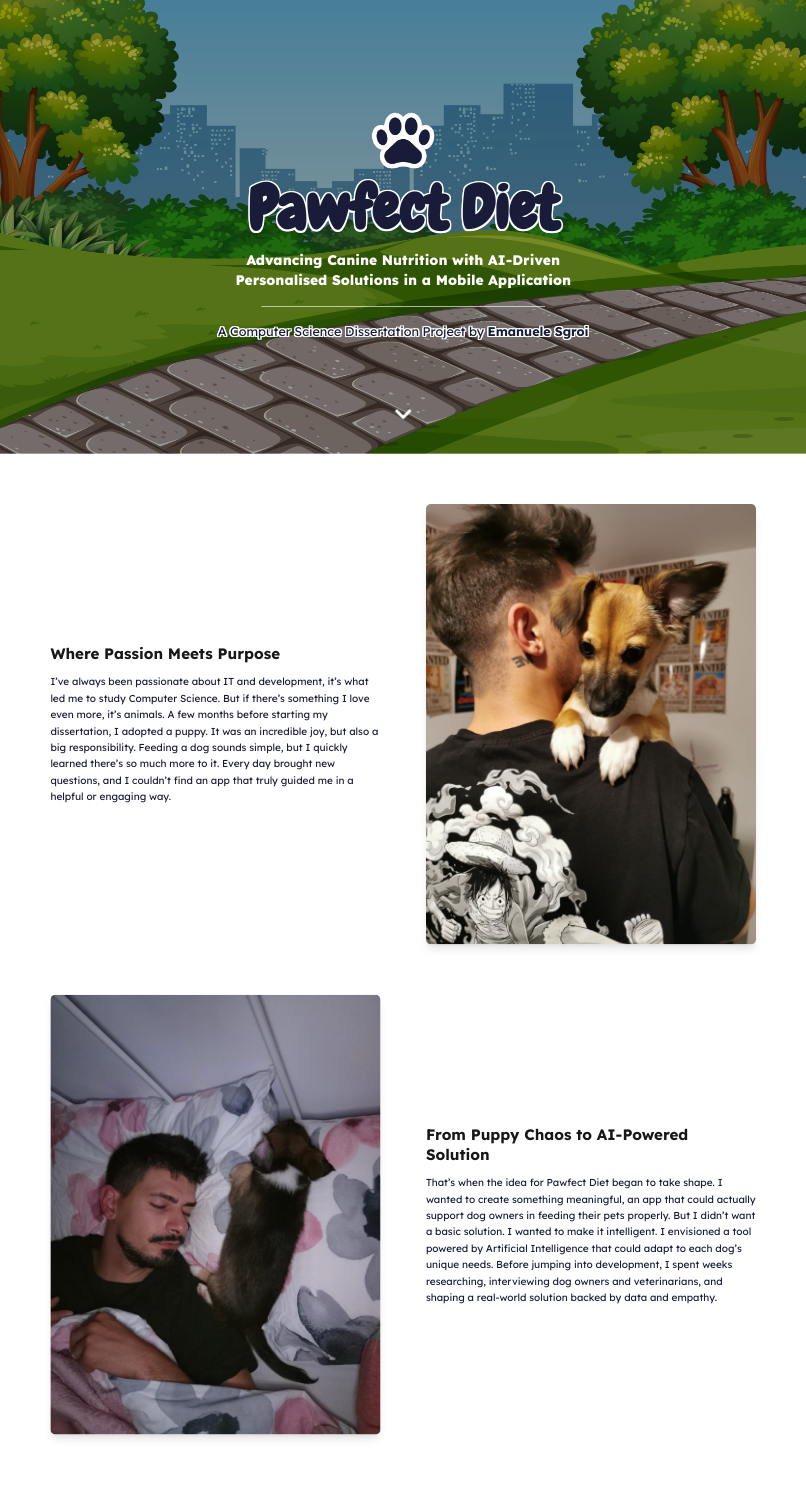
Repository: Emanuele-Sgroi/Pawfect-Diet-App-Showcase
Page: /
An editor plug-in stored every save of this project. The page is shown before and after the next save, followed by the edit.
The browser window is 1280 px wide. The pictures show the whole page, at 63% of full size.
The project was rebuilt for these pictures with package versions that can differ from the ones it lists, and the page was loaded fresh each time. The framework's server and built-in components were replaced by stand-ins that run in the browser. Also part of the build but not shown: next.config.mjs.

Above is the page before, as saved 2025-04-18 16:11:01.

After the next save:
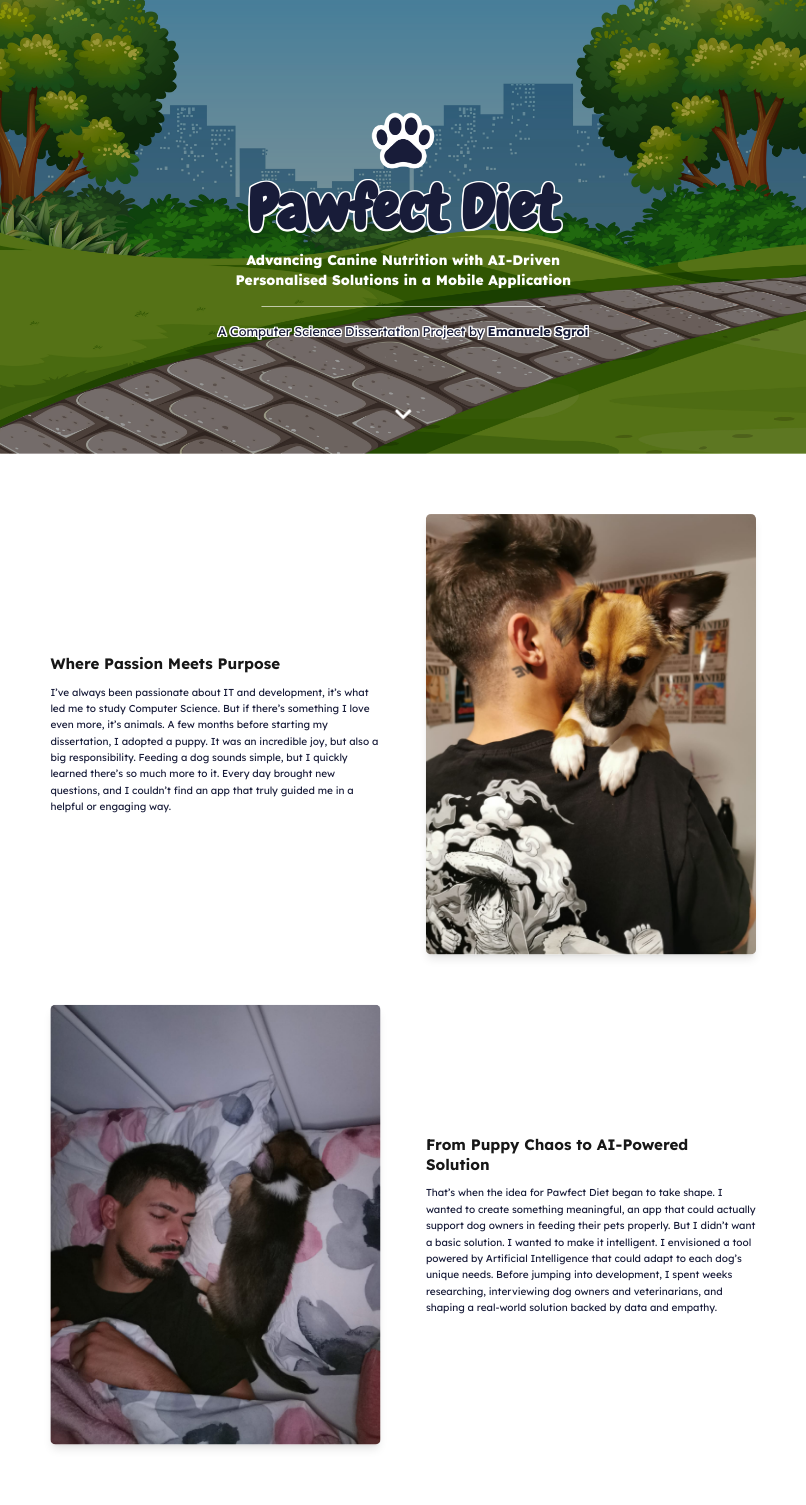
Saved 26 s later.
--- a/src/app/page.js
+++ b/src/app/page.js
@@ -6,7 +6,7 @@
   return (
     <main>
       <HeroSection />
-      <section id="about" className="min-h-screen px-6 py-12 md:py-20 bg-white">
+      <section id="about" className="min-h-screen px-6 py-12 md:py-24 bg-white">
         <div className="max-w-6xl mx-auto">
           <AboutSectionBlock
             title="Where Passion Meets Purpose"
